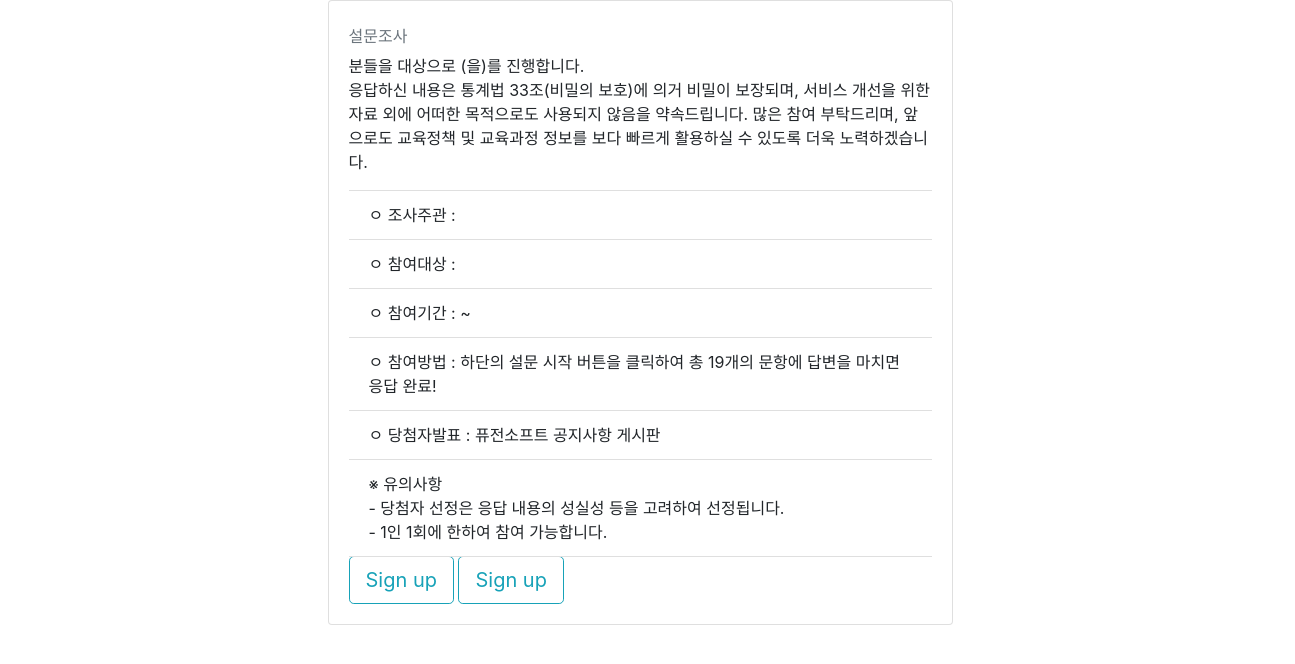
Repository: Pastelkun99/fs_1
Page: http://localhost/Fusion_1/WEB-INF/views/analysisList.jsp
The author's editor kept a copy of each file at every save. The page is drawn from the files as they stood at one save, then again after the next save.
The browser window is 1280 px wide. The page is 1295 px wide, so the pictures cover 1295 px, including what lies to the right of the window. The pictures show the whole page.
The page is served by Tomcat 9. Nobody is signed in. Other server files are loaded and not shown. The template is opened directly, without the code that normally fills it, so the values that code supplies are empty.

Above is the page before, as saved 2019-11-21 04:53:14.
Console error: TypeError: Cannot read properties of undefined (reading 'fn')

### Fusion_1/src/main/webapp/WEB-INF/views/analysisList.jsp
<%@ page language="java" contentType="text/html; charset=UTF-8"
	pageEncoding="UTF-8"%>
<%@ taglib uri="http://java.sun.com/jsp/jstl/core" prefix="c"%>
<%@ taglib uri="http://www.springframework.org/tags/form" prefix="form"%>
<%@ page session="true"%>
<meta charset="UTF-8">
<link rel="stylesheet"
	href="https://stackpath.bootstrapcdn.com/bootstrap/4.3.1/css/bootstrap.min.css"
	integrity="sha384-ggOyR0iXCbMQv3Xipma34MD+dH/1fQ784/j6cY/iJTQUOhcWr7x9JvoRxT2MZw1T"
	crossorigin="anonymous">
<script
	src="https://stackpath.bootstrapcdn.com/bootstrap/4.3.1/js/bootstrap.min.js"
	integrity="sha384-JjSmVgyd0p3pXB1rRibZUAYoIIy6OrQ6VrjIEaFf/nJGzIxFDsf4x0xIM+B07jRM"
	crossorigin="anonymous"></script>
<html>
<head>
<link rel="shortcut icon" href="data:[embedded picture, 19 characters]" type="image/x-icon">
<title>설문조사</title>
</head>
<body>
<div class="row">
	<div class="col-3"></div>
	<div class="col-6">
		<div class="card" style="width:100%;">
	  		<div class="card-body">
	  		  <h5 class="card-title"></h5>
	   		  <h6 class="card-subtitle mb-2 text-muted">설문조사</h6>
	    	  <p class="card-text">${infoList.a_submitter }분들을 대상으로 ${infoList.a_name }(을)를 진행합니다.</br>
	    	  응답하신 내용은 통계법 33조(비밀의 보호)에 의거 비밀이 보장되며, 서비스 개선을 위한 자료 외에 어떠한 목적으로도 사용되지 않음을 약속드립니다. 많은 참여 부탁드리며,
	    	  앞으로도 교육정책 및 교육과정 정보를 보다 빠르게 활용하실 수 있도록 더욱 노력하겠습니다.</p>
	    	  <ul class="list-group list-group-flush">
	    	  	<li class="list-group-item">ㅇ 조사주관 : ${infoList.a_collector }</li>
	    	  	<li class="list-group-item">ㅇ 참여대상 : ${infoList.a_submitter }</li>
	    	  	<li class="list-group-item">ㅇ 참여기간 : ${infoList.a_fromdate } ~ ${infoList.a_todate }</li>
	    	  	<li class="list-group-item">ㅇ 참여방법 : 하단의 설문 시작 버튼을 클릭하여 총 19개의 문항에 답변을 마치면 응답 완료!</li>
	    	  	<li class="list-group-item">ㅇ 당첨자발표 : ${infoList.a_deploydate } 퓨전소프트 공지사항 게시판</li>
	    	  	<li class="list-group-item">※ 유의사항</br>
	    	  								- 당첨자 선정은 응답 내용의 성실성 등을 고려하여 선정됩니다.</br>
	    	  								- 1인 1회에 한하여 참여 가능합니다.</li>
	    	  </ul>
	    	  <button class="btn btn-lg btn-outline-info" onClick="location.href='${pageContext.request.contextPath}/analysisList.do'">Sign up</button>
	    	  <button class="btn btn-lg btn-outline-info" onClick="location.href='history.back();'">Sign up</button>
		  	</div>
  		</div>
	</div>
  	<div class="col-3"></div>
</div>

</body>
</html>

After the next save:
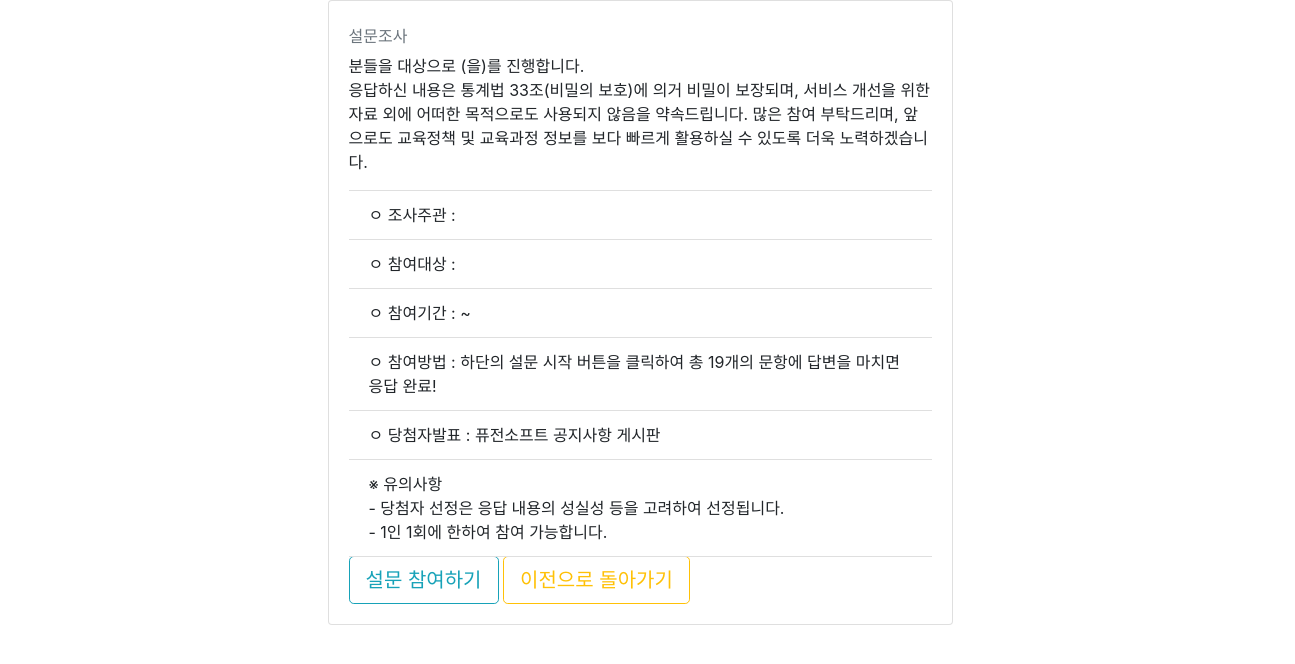
Saved 16 s later.
--- a/Fusion_1/src/main/webapp/WEB-INF/views/analysisList.jsp
+++ b/Fusion_1/src/main/webapp/WEB-INF/views/analysisList.jsp
@@ -38,8 +38,8 @@
 	    	  								- 당첨자 선정은 응답 내용의 성실성 등을 고려하여 선정됩니다.</br>
 	    	  								- 1인 1회에 한하여 참여 가능합니다.</li>
 	    	  </ul>
-	    	  <button class="btn btn-lg btn-outline-info" onClick="location.href='${pageContext.request.contextPath}/analysisList.do'">Sign up</button>
-	    	  <button class="btn btn-lg btn-outline-info" onClick="location.href='history.back();'">Sign up</button>
+	    	  <button class="btn btn-lg btn-outline-info" onClick="location.href='${pageContext.request.contextPath}/analysisList.do'">설문 참여하기</button>
+	    	  <button class="btn btn-lg btn-outline-warning" onClick="location.href='history.back();'">이전으로 돌아가기</button>
 		  	</div>
   		</div>
 	</div>
